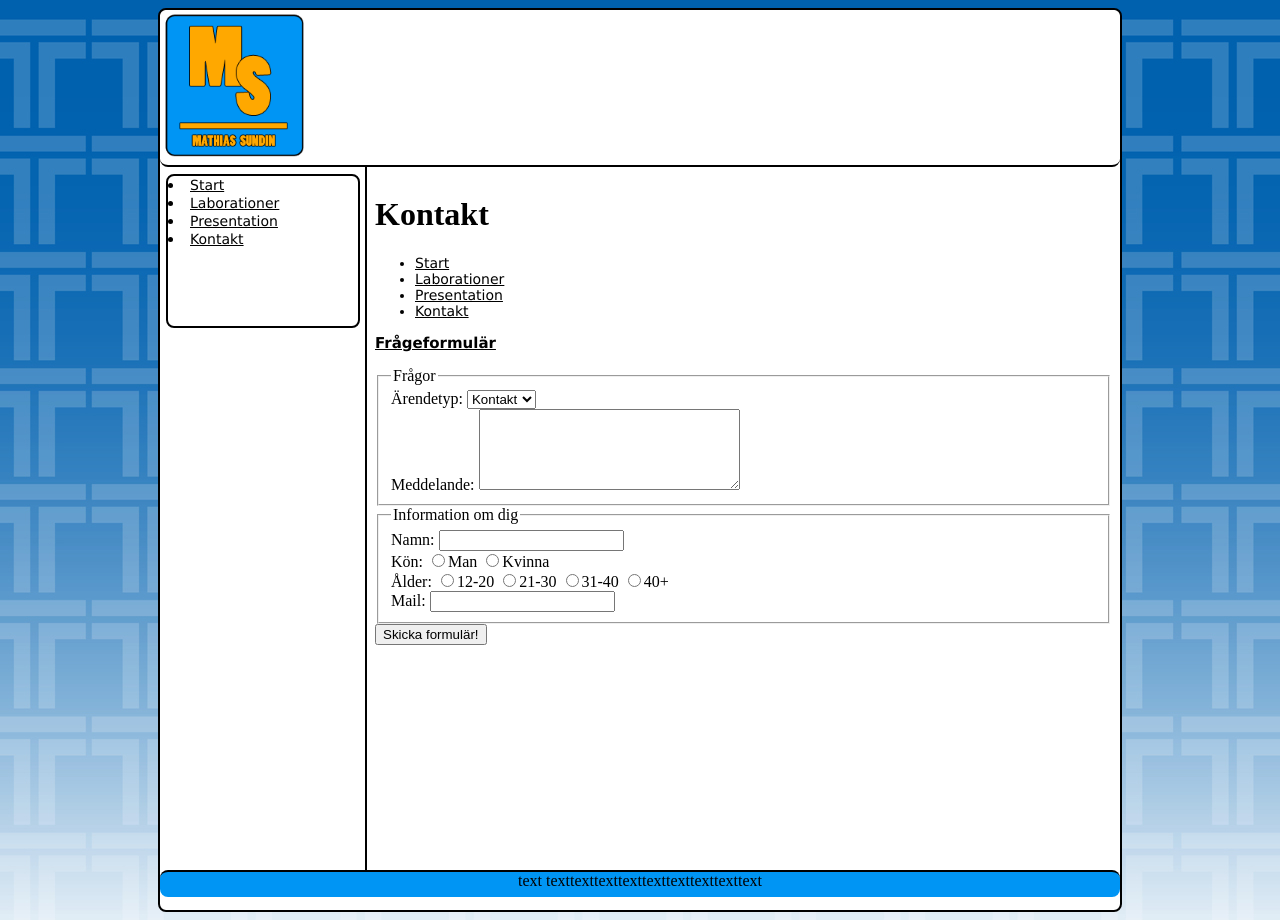
Repository: ms223uh/1ik415-laborationer
Page: www/pages/kontakt.html
The author's editor kept a record of every edit. The page is drawn from the files as they stood at one moment, then again after the next edit.
The browser window is 1280 px wide. The pictures show the whole page.

Above is the page before.

### www/pages/kontakt.html
<!DOCTYPE html>

<html lang="sv">

    <head>
        <meta http-equiv="content-type" content="text/html; charset=utf-8" />

    <link rel="stylesheet" href="../css/style.css">

        <title>Mathias Sundin</title>
    </head>
    <body>





        <!--Kontakt-->




        <div id="wrapper">


    <div id="head">
            <img src="../pics/logo1.png" width="150" height="150" alt="Logo">

        </div>




<div id="meny">


            <li><a href="../index.html">Start</a></li>
            <li><a href="laborationer.html">Laborationer</a></li>
            <li><a href="presentation.html">Presentation</a></li>
            <li><a href="kontakt.html">Kontakt</a></li>


</div>

        <div id="content">


        <h1>Kontakt</h1>

        <ul>
            <li><a href="../index.html">Start</a></li>
            <li><a href="laborationer.html">Laborationer</a></li>
            <li><a href="presentation.html">Presentation</a></li>
            <li><a href="kontakt.html">Kontakt</a></li>
            </li>
        </ul>

        <h3>Frågeformulär</h3>

        <form action="http://voyager.lnu.se/tekinet/kurser/dtt/wp_webbintro/form.php" method="post" >
        <fieldset>

        <legend>Frågor</legend>
            Ärendetyp: <select name="Ärende">
                <option value="Kontakt">Kontakt</option>
                <option value="Support">Support</option>
            </select>
            <br>
            Meddelande: <textarea rows="5" cols="30" name="Meddelande"></textarea>

        </fieldset>

        <fieldset>

        <legend>Information om dig</legend>
            Namn: <input type="text" name="Namn">
            <br>
            Kön: <input type="radio" name="Kön" value="man">Man
            <input type="radio" name="Kön" value="kvinna">Kvinna
            <br>
            Ålder: <input type="radio" name="Ålder" value="12-20">12-20 <input type="radio" name="Ålder" value="21-30">21-30 <input type="radio" name="Ålder" value="31-40">31-40 <input type="radio" name="Ålder" value="40+">40+
            <br>
            Mail: <input type="text" name="Mail">
        </fieldset>

           <button type="submit">Skicka formulär!</button>
          </form>




           </div>

    <div id="footer2">

        text texttexttexttexttexttexttexttexttext

    </div>


        </div>




    </body>
</html>

### www/css/style.css

/* Layout */

body
{
    background: url(pics/backgroundimage2.jpeg) no-repeat;
}


#wrapper
{
    background-color: #ffffff;
    width: 960px;
    height: 900px;
    margin-right: auto;
    margin-left: auto;
    border: solid 2px #000000;
    border-radius: 8px;
}




#head
{
    width: 958;
    height: 155px;
    background-color: #FFFFFF;
    border-radius: 8px;
    border-bottom: solid 2px #000000;
    margin-top: 0px;



}


#head2
{
    width: auto;
    height: 25px;
    background-color: #0095F4;
    border-bottom: solid 2px #000000;
    text-align: center;
    border-radius: 8px;
    margin-top: 0px;
}


#head3
{
    width: auto;
    height: 25px;
    background-color: #0095F4;
    border-bottom: solid 2px #000000;
    text-align: center;
    border-radius: 8px;
    margin-top: -15px;
}




#content
{
    height: 695px;
    background-color: #ffffff;
    margin-left: 205px;
    margin-top: 0px;
    padding: 8px;
    overflow: auto;
    border-left: solid 2px #000000;
}




#meny
{
    width: 190px;
    height: 150px;
    background-color: #FFFFFF;
    border: solid 2px #000000;
    float: left;
    margin-top: 7px;
    margin-left: 6px;
    border-radius: 8px;

}


#menyli a:link { text-decoration: none; color: #000000; font-family: verdana; font-size: 16px;}
#menyli a:visited { text-decoration: none; color: #000000; font-family: verdana; font-size: 16px; }
#menyli a:active { text-decoration: none; color: #000000; font-family: verdana; font-size: 16px; }
#menyli li a:hover { text-decoration: none; color: #FFFFFF; font-family: verdana; font-size: 16px; background: #0095F4; }


.active
{
    text-decoration: none; color: #FFFFFF; font-family: verdana; font-size: 16px; background: #FFA800
}

#menyli li {
list-style: none;
}




#footer
{
    background-color: #0095F4;
    width: auto;
    height: 30px;
    border-radius: 8px;
    border-top: solid 2px #000000;
    text-align: center;
    vertical-align: middle;
    line-height: 0px;
    margin-top: 0px;

}


#footer2
{
    width: auto;
    height: 25px;
    background-color: #0095F4;
    border-top: solid 2px #000000;
    text-align: center;
    border-radius: 8px;
    margin-top: -8px;
}


#footer3
{
    width: auto;
    height: 25px;
    background-color: #0095F4;
    border-top: solid 2px #000000;
    text-align: center;
    border-radius: 8px;
    margin-top: -6px;
}



/* Typografi */


p
{
    font-family: Verdana; font-size: 14px; color: #000000;
    white-space: pre-line;
}

h2
{
    font-family: Verdana; font-size: 18px; color: #000000; text-decoration: bold; text-decoration: underline;
}

h3
{
   font-family: Verdana; font-size: 15px; color: #000000; text-decoration: bold; text-decoration: underline;
}


h9
{
   font-family: Verdana; font-size: 35px; color: #000000; text-decoration: bold;
}

h10
{
   font-family: Verdana; font-size: 15px; color: #5D5F60; text-decoration: bold;


}


ol
{
    font-family: Verdana; font-size: 14px; color: #000000;

}

ul
{
font-family: Verdana; font-size: 14px; color: #000000;

}

a:link { text-decoration: underline; color: #000000; font-family: verdana; font-size: 14px;}
a:visited { text-decoration: none; color: #000000; font-family: verdana; font-size: 14px; }
a:active { text-decoration: none; color: #000000; font-family: verdana; font-size: 14px; }
a:hover { text-decoration: none; color: #CCCCCC; font-family: verdana; font-size: 14px; }





thead
{
    background-color: #0095F4;
     color: #000000; font-family: verdana; font-size: 15px;
}

tfoot
{
    background-color: #0095F4;
     color: #000000; font-family: verdana; font-size: 15px;
}

table {
  border-collapse: collapse;

}

After the next edit:
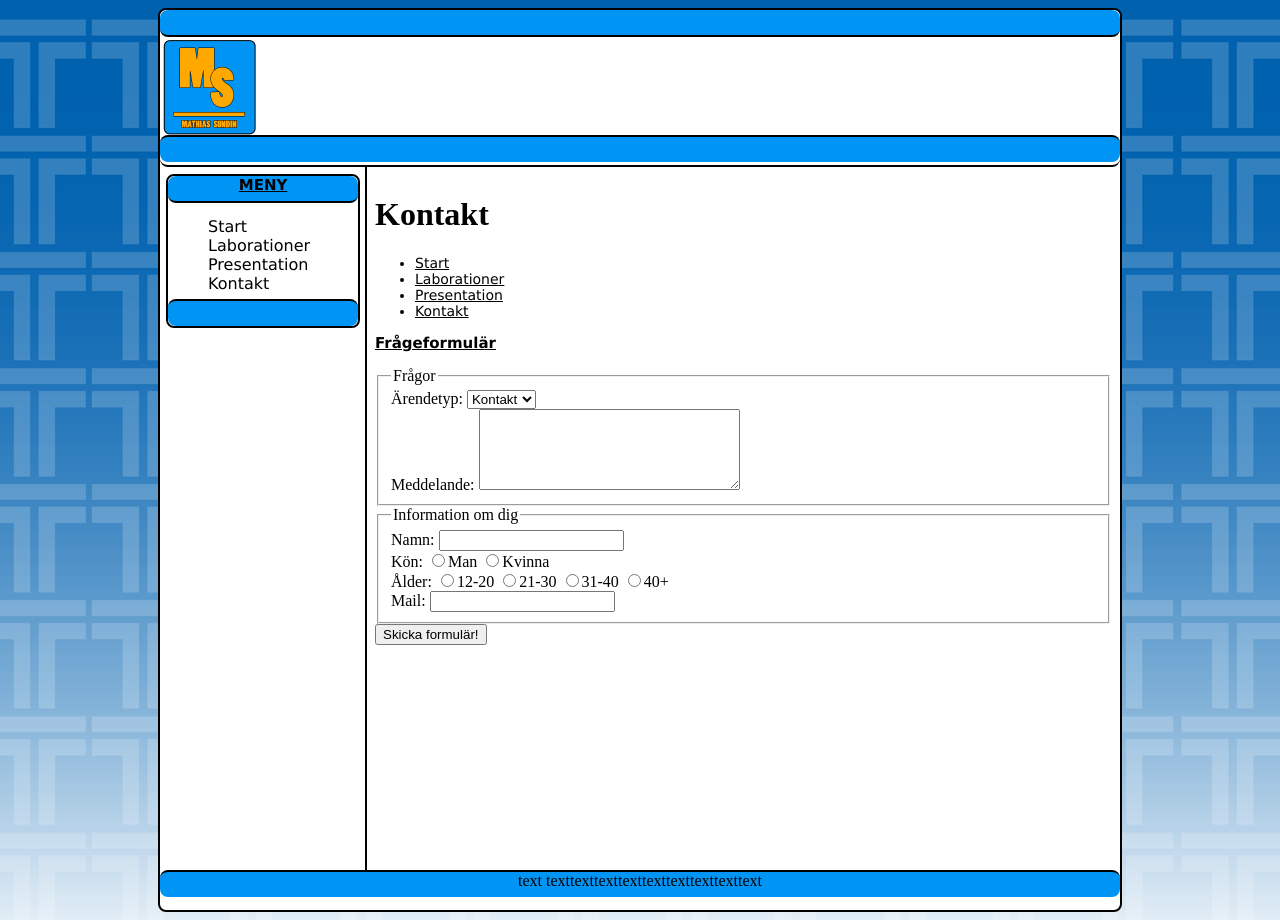
The edit:
--- a/www/pages/kontakt.html
+++ b/www/pages/kontakt.html
@@ -10,21 +10,19 @@
         <title>Mathias Sundin</title>
     </head>
     <body>
+    <!--Startsida-->
 
-
-
-
-
-        <!--Kontakt-->
-
-
-
-
-        <div id="wrapper">
+    <div id="wrapper">
 
 
     <div id="head">
-            <img src="../pics/logo1.png" width="150" height="150" alt="Logo">
+
+    <div id="head2"></div>
+
+            <img src="../pics/logo1.png" width="100" height="100" alt="Logo">
+
+
+            <div id="footer3"></div>
 
         </div>
 
@@ -33,12 +31,18 @@
 
 <div id="meny">
 
-
+<div id="head3"><h3>MENY</h3></div>
+        <ul id="menyli">
             <li><a href="../index.html">Start</a></li>
             <li><a href="laborationer.html">Laborationer</a></li>
             <li><a href="presentation.html">Presentation</a></li>
             <li><a href="kontakt.html">Kontakt</a></li>
 
+        </ul>
+
+
+
+        <div id="footer2"> </div>
 
 </div>
 
